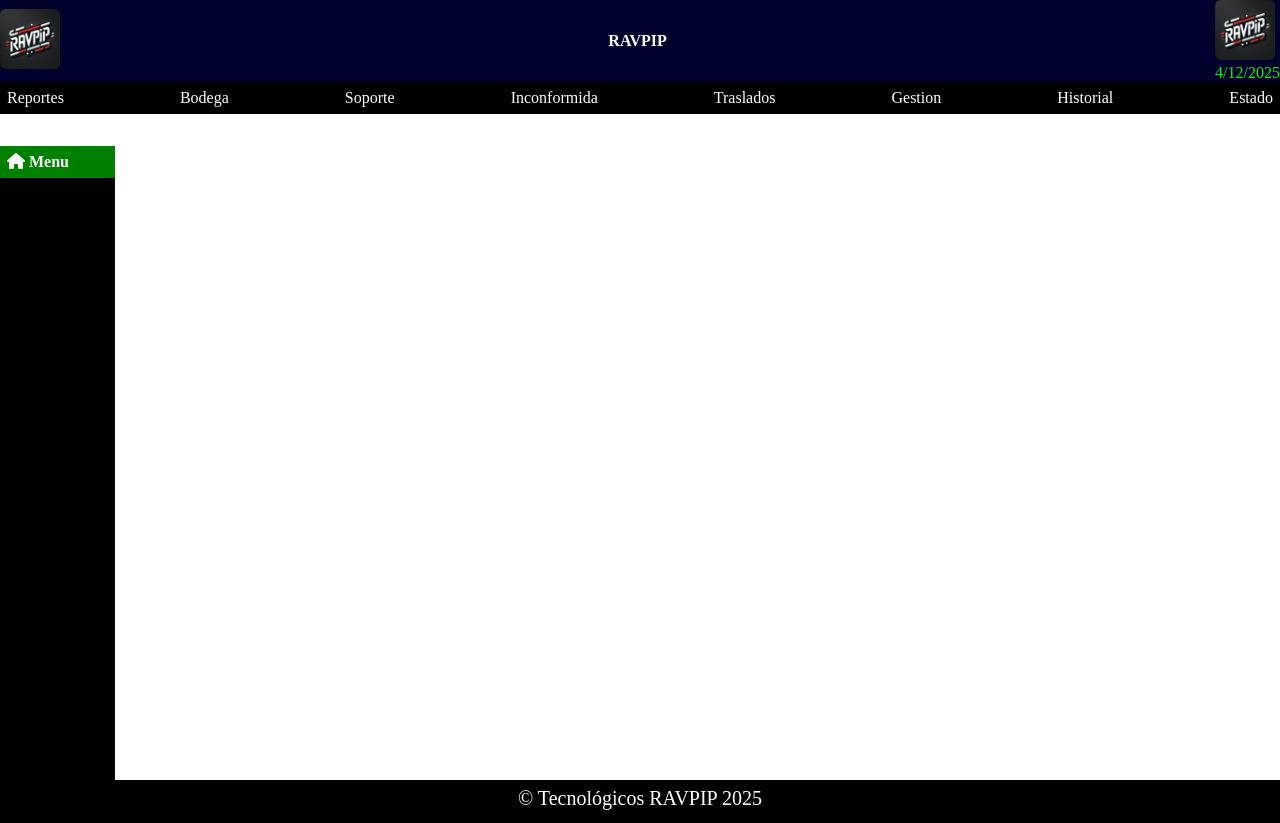
Repository: ye909/RAVPIP
Page: index.html
An editor plug-in stored every save of this project. The page is shown before and after the next save, followed by the edit.
The browser window is 1280 px wide. The pictures show the whole page.
Some web libraries are served in a nearby version.

Above is the page before, as saved 2025-04-12 14:08:42.

After the next save:
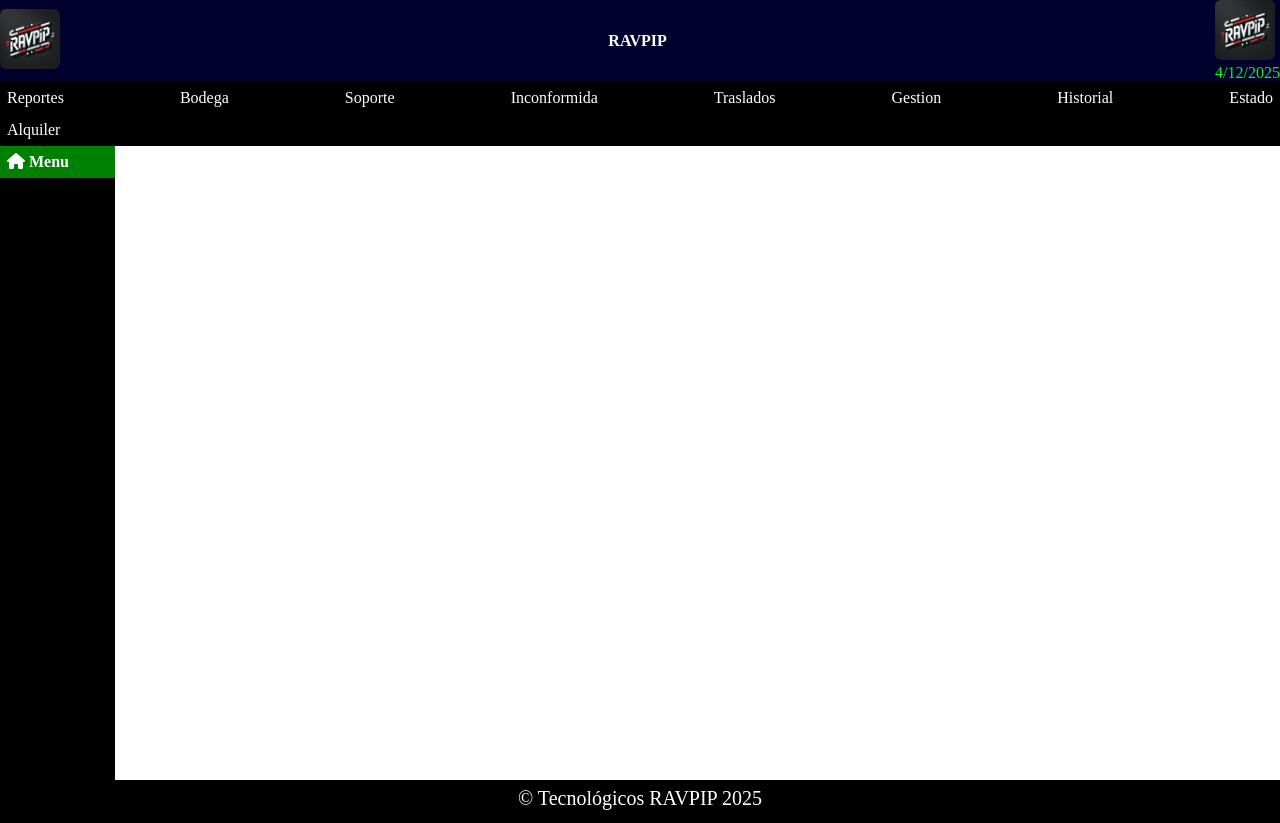
Saved 59 s later.
--- a/index.html
+++ b/index.html
@@ -36,10 +36,13 @@
         </ul>
 
     </nav>
-    <ul class="submenuHistoria">
-        <li><a href="./src/templei/historiaAlquiler.html">Alquiler</a></li>
+    <nav class="submenuHistoria">
+        <ul >
+            <li><a href="./src/templei/historiaAlquiler.html">Alquiler</a></li>
 
-    </ul>
+        </ul>
+    </nav>
+
      <di class="contenedorPrincipal">
         <aside id="barraLateralMenu">
             <h2 class="cajaverde" id="cajaverde"><i class="fa-solid fa-house"></i> Menu</h2>
